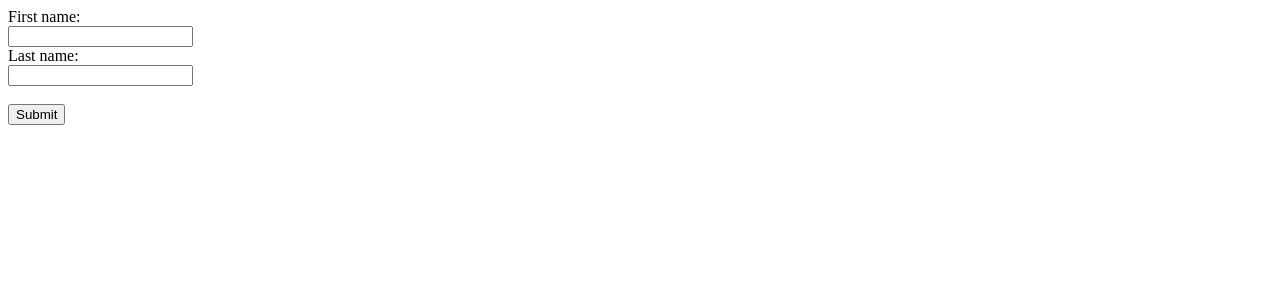
Repository: usaeed/Project2018
Page: http://localhost/curdProject/create.jsp
These files come from the project's save history. The page is drawn as it stood at one moment and after the next save; the edit follows.
The browser window is 1280 px wide. The pictures show the whole page.
The page is served by Tomcat 9.

Above is the page before, as saved 2018-02-02 10:18:03.

After the next save:
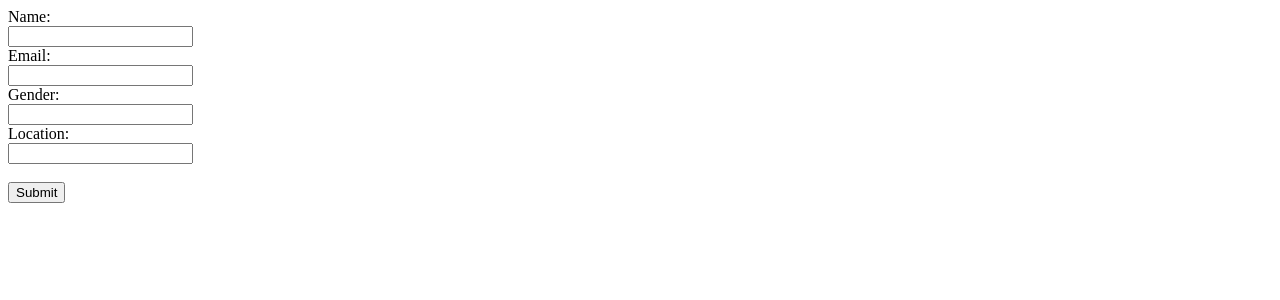
Saved 3 min 42 s later.
--- a/curdProject/WebContent/create.jsp
+++ b/curdProject/WebContent/create.jsp
@@ -1,5 +1,5 @@
 <%@ page language="java" contentType="text/html; charset=ISO-8859-1"
-    pageEncoding="ISO-8859-1"%>
+	pageEncoding="ISO-8859-1"%>
 <!DOCTYPE html PUBLIC "-//W3C//DTD HTML 4.01 Transitional//EN" "http://www.w3.org/TR/html4/loose.dtd">
 <%@include file="connect.jsp"%>
 <html>
@@ -9,13 +9,13 @@
 </head>
 <body>
 
-<form action="/action_page.php">
-  First name:<br>
-  <input type="text" name="firstname"><br>
-  Last name:<br>
-  <input type="text" name="lastname"><br><br>
-  <input type="submit" value="Submit">
-</form>
+	<form action="/action_page.php">
+		Name:<br> <input type="text" name="name"><br> Email:<br>
+		<input type="text" name="email"><br> Gender:<br> <input
+			type="text" name="gender"><br> Location:<br> <input
+			type="text" name="loc"><br>
+		<br> <input type="submit" value="Submit">
+	</form>
 
 </body>
 </html>
